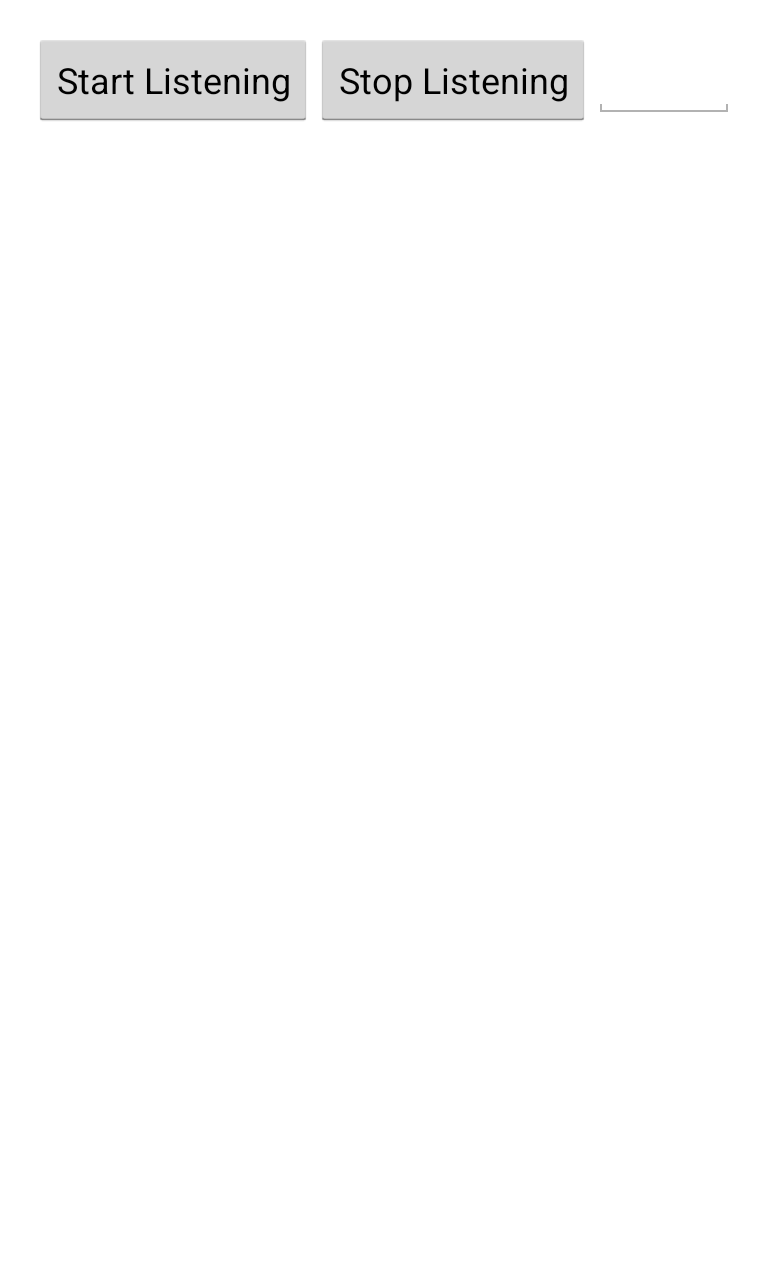
Repository: kmcgain/AutoVolume
Layout: AutoVolume/res/layout/activity_main.xml
An editor plug-in stored every save of this project. The layout is shown before and after the next save, followed by the edit.
It is drawn on a 768 x 1280 px phone screen (xhdpi) without system bars, with theme AppTheme; the app's code is not run.

Above is the layout before, as saved 2014-01-13 11:04:07.

After the next save:
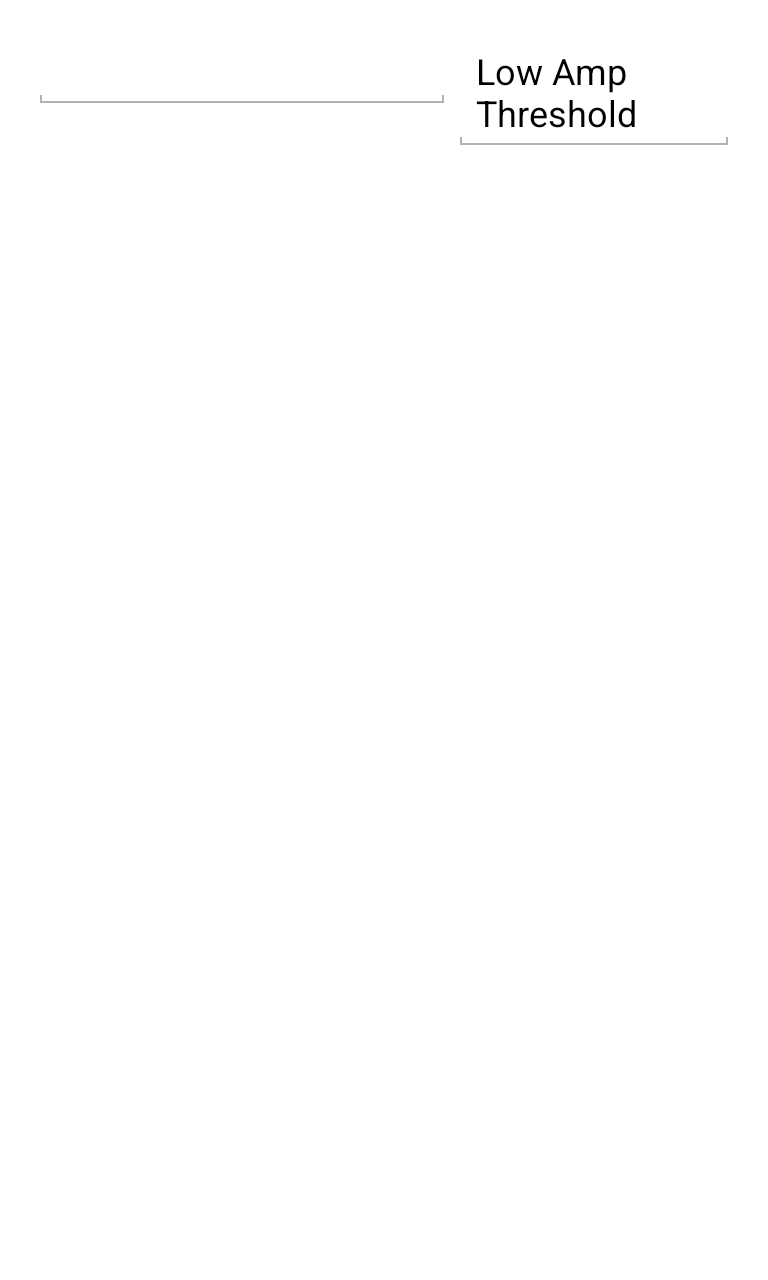
Saved 13 s later.
--- a/AutoVolume/res/layout/activity_main.xml
+++ b/AutoVolume/res/layout/activity_main.xml
@@ -8,23 +8,24 @@
     android:paddingTop="@dimen/activity_vertical_margin"
     tools:context=".MainActivity" >
 
-    <LinearLayout android:orientation="horizontal"></LinearLayout>
-    <Button
-        android:id="@+id/button3"
-        android:layout_width="wrap_content"
-        android:layout_height="wrap_content"
-        android:onClick="startListening_Click"
-        android:text="Start Listening" />
+    <LinearLayout android:orientation="horizontal">
+	    <Button
+	        android:id="@+id/button3"
+	        android:layout_width="wrap_content"
+	        android:layout_height="wrap_content"
+	        android:onClick="startListening_Click"
+	        android:text="Start Listening" />
 
-    <Button
-        android:id="@+id/button4"
-        android:layout_width="wrap_content"
-        android:layout_height="wrap_content"
-        android:layout_alignBaseline="@+id/button3"
-        android:layout_alignBottom="@+id/button3"
-        android:layout_alignParentRight="true"
-        android:onClick="stopListening_Click"
-        android:text="Stop Listening" />
+	    <Button
+	        android:id="@+id/button4"
+	        android:layout_width="wrap_content"
+	        android:layout_height="wrap_content"
+	        android:layout_alignBaseline="@+id/button3"
+	        android:layout_alignBottom="@+id/button3"
+	        android:layout_alignParentRight="true"
+	        android:onClick="stopListening_Click"
+	        android:text="Stop Listening" />
+    </LinearLayout>
     <EditText
         android:id="@+id/ampDisplay"
         android:layout_width="wrap_content"
